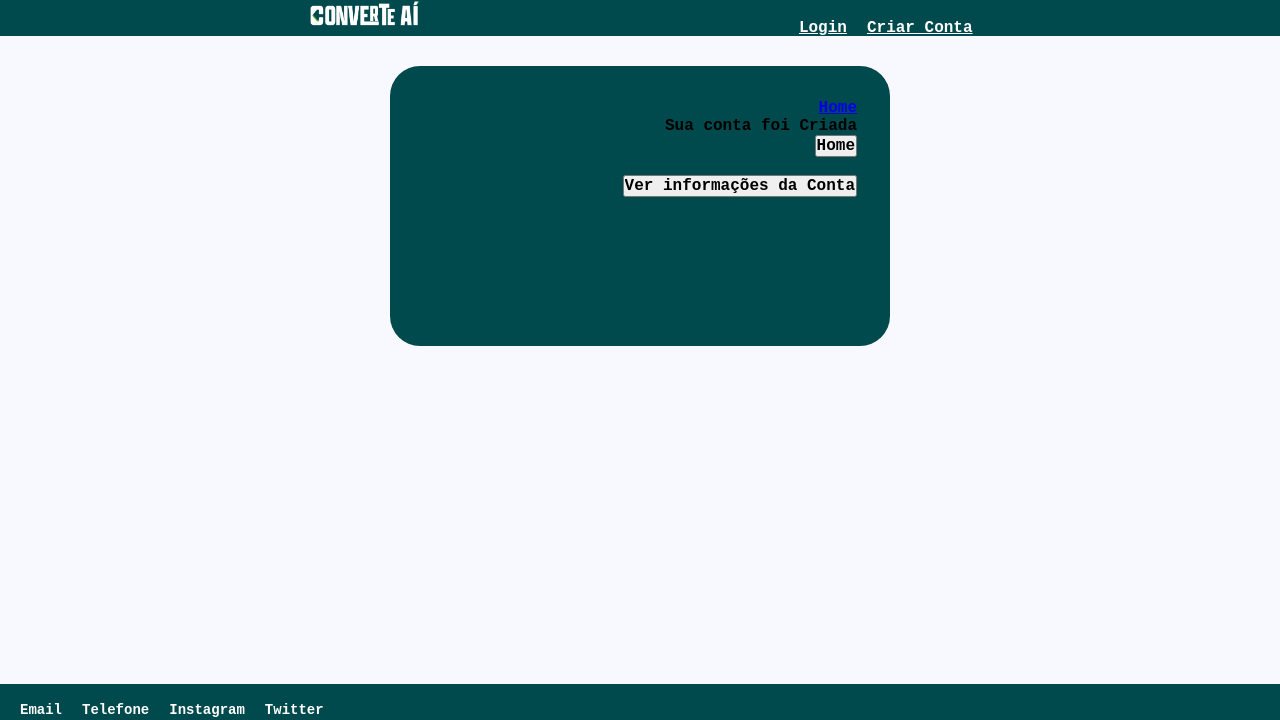
Repository: Frav1u/converteai
Page: http://localhost/ConverteAi/erro.jsp
The author's editor kept a copy of each file at every save. The page is drawn from the files as they stood at one save, then again after the next save.
The browser window is 1280 px wide. The pictures show the whole page.
Some web fonts or font styles are not loaded; a fallback is used. The page is served by Tomcat 9. Other server files are loaded and not shown.

Above is the page before, as saved 2023-10-03 22:49:44.

### ConverteAi/src/main/webapp/erro.jsp
<!DOCTYPE html>
<html>

<head>
    <meta charset="UTF-8">
    <title>Converte aí</title>
    <link href="https://fonts.googleapis.com/css2?family=Inter:wght@400;700&family=Space+Mono:wght@400;700&display=swap"
        rel="stylesheet">
    <link rel="stylesheet" href="cadastro.css">
    <link href='https://unpkg.com/boxicons@2.1.4/css/boxicons.min.css' rel='stylesheet'>
    <link rel="icon" href="icone-removebg-preview.png">
</head>

<body>
    <header>
        <a href="home.html"><img class="img" src="logo.png"></a>
        <ul class="conta">
            <li><a href="login.html" style="color: white;">Login</a></li>
            <li><a href="cadastro.html" style="color:white">Criar Conta</a></li>
        </ul>
    </header>
    <main>
        <div class="caixa">

        			<a href="home.html">Home</a>
        			<p>Sua conta foi Criada</p>
        			<input type="reset" value="Home"><a href="home.html"></a></input><br><br>
                    <input type="submit" value="Ver informações da Conta"></input>



                </div>
    </main>
	<footer>
		<ul class="contatos">
			<li>Email</li>
			<li>Telefone</li>
			<li>Instagram</li>
			<li>Twitter</li>
		</ul>

	</footer>
</body>

</html>

### ConverteAi/src/main/webapp/cadastro.css
* {
    margin: 0;
    padding: 0;
    box-sizing: border-box;
    font-family: 'Apotek Bold', monospace;
    font-weight: 600;
    font-size: 16px;
    outline: none;
}

body{
	background-color:  ghostwhite
}

li{
	font-size: 14px;
	margin-left: 20px;
}

header{
	background-color: hsl(183, 100%, 15%);
	color: white;
	height: 5vh;
    color: inherit;
    display: flex;
    display: flex;
    justify-content: center;
    align-items: center;
    justify-content: space-evenly;
}

.contatos{
	display: flex;
	list-style: none;
}

.logo{
	color: white;
}
.menu{
	color: white;
	display: flex;
	margin-top: 20px;
	margin-left: 50px;
	list-style: none;

}

.conta{
	color: white;
	display: flex;
	margin-top: 20px;
	margin-left: 50px;
	list-style: none;
}

.menu a {
	color: white;
	font-size: 16px;

}



nav{
	display: flex;
	justify-content: center;
	align-items: center;
}


main{
	height: 90vh;
	text-align: center;
	padding-top: 30px;
}

.img{
	width: 114px;
}

footer{
	background-color: hsl(183, 100%, 15%);
	color: white;
	height: 5vh;
    padding-top: 18px;
}


h2{
	padding-top: 20px;
}
.caixa{
	height: 280px;
	width: 500px;
	background-color: hsl(183, 100%, 15%);
	margin:  auto;
	border-radius: 30px;
	padding: 33px;
	text-align: end;
}

form{
	color: white;
}
.envios{
	text-align: center;
}

After the next save:
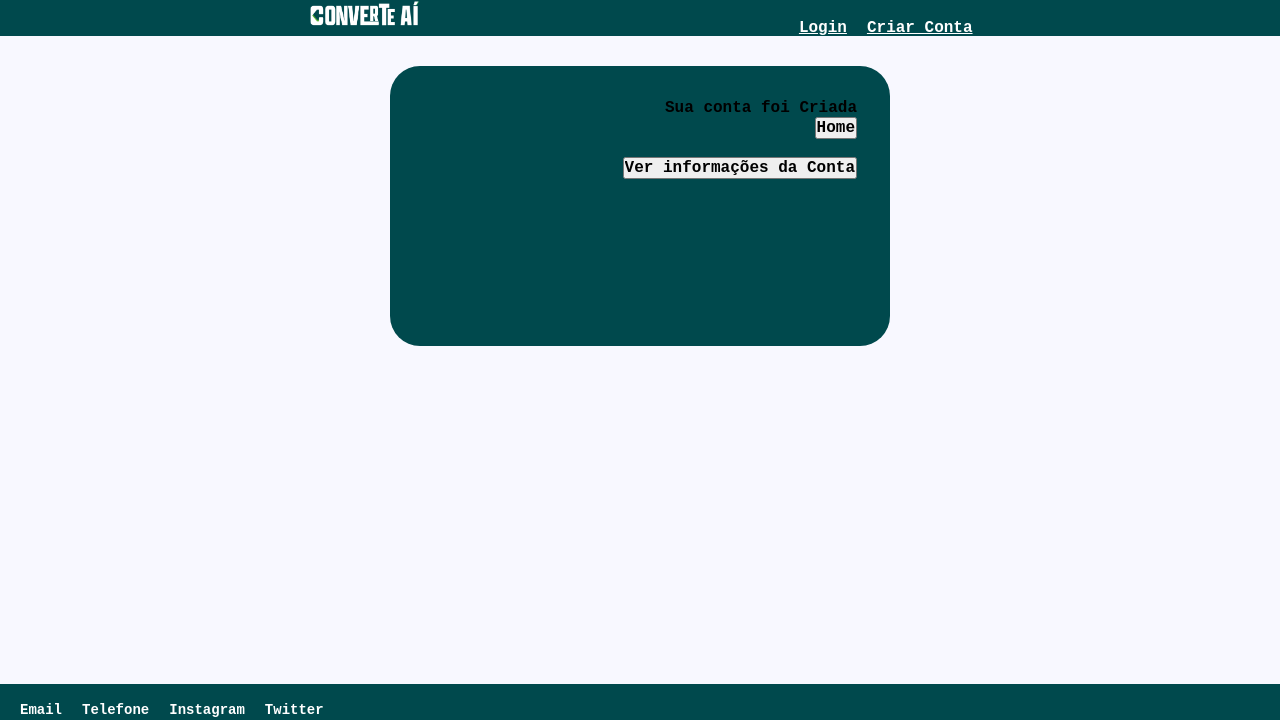
Saved 21 s later.
--- a/ConverteAi/src/main/webapp/erro.jsp
+++ b/ConverteAi/src/main/webapp/erro.jsp
@@ -22,9 +22,9 @@
     <main>
         <div class="caixa">
 
-        			<a href="home.html">Home</a>
+
         			<p>Sua conta foi Criada</p>
-        			<input type="reset" value="Home"><a href="home.html"></a></input><br><br>
+        			<input type="reset" value="Home"></input><br><br>
                     <input type="submit" value="Ver informações da Conta"></input>
 
 
